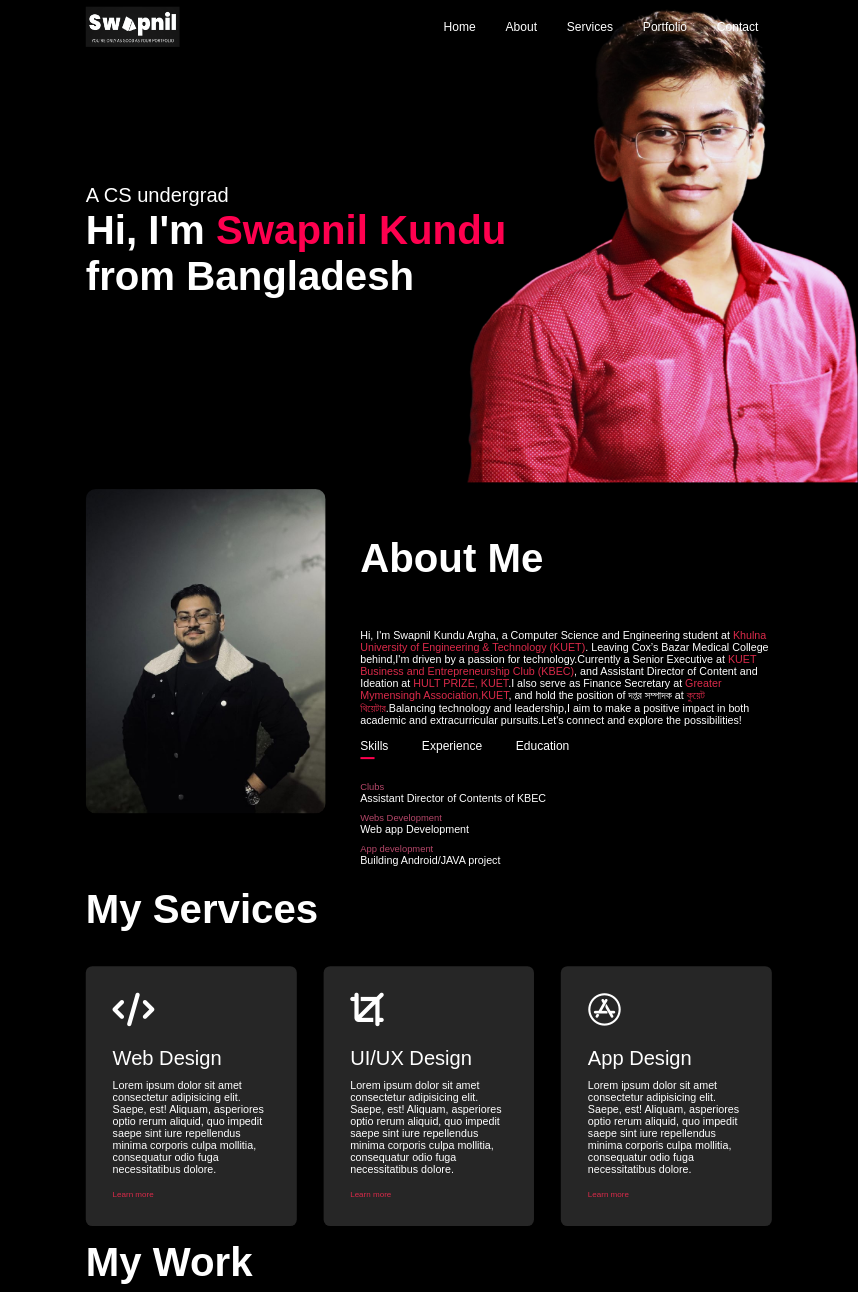
Repository: SwapnilKundu/portfolio
Page: index.html
These files come from the project's save history. The page is drawn as it stood at one moment and after a run of saves; the edit follows.
The browser window is 1280 px wide. The pictures show the whole page, at 67% of full size.
Some web libraries are served in a nearby version.

Above is the page before, as saved 2024-01-20 10:30:13.

### index.html
<!DOCTYPE html>
<html lang="en">
<head>
    <meta charset="UTF-8">
    <meta name="viewport" content="width=device-width, initial-scale=1.0">
    <title>Personal Portfolio Website</title>
    <link rel="stylesheet" href="style.css">
    <script src="https://kit.fontawesome.com/74456a4746.js" crossorigin="anonymous"></script>
</head>
<body>
  <div id="header">
    <div class="container">
        <nav>
            <img src="images/logo1.png" class="logo" width="40" height="60">
            <ul>
                <li><a href ="#">Home</a></li>
                <li><a href ="#">About</a></li>
                <li><a href ="#">Services</a></li>
                <li><a href ="#">Portfolio</a></li>
                <li><a href ="#">Contact</a></li>
            </ul>
        </nav>
        <div class="header-text">
            <p>A CS undergrad </p>
            <h1>Hi, I'm <span>Swapnil Kundu</span> <br> from Bangladesh</h1>
        </div>
    </div>
  </div>





  <div id="about">
    <div class="container">
        <div class="row">
            <div class="about-col-1">
                <img src="images/Aboutme4.jpg" alt="Profile Image">
            </div>
            <div class="about-col-2">
                <h1 class="sub-title"><br>About Me</h1>
                <p>
                    <br><br><br><br>Hi, I'm Swapnil Kundu Argha, a Computer Science and Engineering student at <a href="http://www.kuet.ac.bd/" target="_blank">Khulna University of Engineering & Technology (KUET)</a>. Leaving Cox’s Bazar Medical College behind,I'm driven by a passion for technology.Currently a Senior Executive at <a href="https://www.facebook.com/KBEC.official">KUET Business and Entrepreneurship Club (KBEC)</a>, and Assistant Director of Content and Ideation at <a href="https://scontent.fjsr8-1.fna.fbcdn.net/v/t39.30808-6/414475463_878653704262850_605489790676270348_n.jpg?_nc_cat=106&ccb=1-7&_nc_sid=dd5e9f&_nc_eui2=AeG7qaCzWQGluZMTMKWtrD6ipcnI0dawWuilycjR1rBa6PLkHzdtJERiOyrmRQaxy3TT_q5vz9qIQ5m4l8xfiGP6&_nc_ohc=qg8Pu4EAUVYAX9avaA_&_nc_ht=scontent.fjsr8-1.fna&oh=00_AfBZ6Lqa5248mqS64WxhR3KxGRhN1UCrqkgUgA0V5dsZlw&oe=65AF45DF">HULT PRIZE, KUET</a>.I also serve as Finance Secretary at <a href="#link-to-GMA">Greater Mymensingh Association,KUET</a>, and hold the position of দপ্তর সম্পাদক at <a href="#link-to-theater">কুয়েট থিয়েটার</a>.Balancing technology and leadership,I aim to make a positive impact in both academic and extracurricular pursuits.Let's connect and explore the possibilities!
                </p>

                <div class="tab-titles">
                    <p class="tab-links active" onclick="opentab('skills')">Skills</p>
                    <p class="tab-links" onclick="opentab('experience')">Experience</p>
                    <p class="tab-links"onclick="opentab('education')">Education</p>
            </div>
            <div class="tab-contents active-tab"id ="skills">
                <ul>
                    <li><span>Clubs</span><br>Assistant Director of Contents of KBEC</li>
                    <li><span>Webs Development</span><br>Web app Development</li>
                    <li><span>App development</span><br>Building Android/JAVA project</li>
                </ul>
            </div>
            <div class="tab-contents" id ="experience">
                <ul>
                    <li><span>2022-Current</span><br>An Active member of KBEC</li>
                    <li><span>2023-Semester 2.2</span><br>App Development by JAVA</li>
                    <li><span>2024-Semester 3.1</span><br>Web Development by HTML,CSS,JAVA</li>
                    <li><span>2022-Current</span><br>An Active member of KBEC</li>

                </ul>
            </div>

            <div class="tab-contents" id ="education">
                <ul>
                    <li><span>2018</span><br>SSC from Mymensingh Zilla School,Mymensingh</li>
                        <li><span>2020</span><br>HSC from Ananda Mohan College,Mymensingh</li>
                        <li><span>From March,2022</span><br>Currently studying BSc in CSE department</li>
                </ul>
            </div>
        </div>
    </div>
  </div>




  <div id="Services">
    <div class ="container">
    <h1 class="sub-title">My Services</h1>
    <div class ="services-list">

        <div>
            <i class="fa-solid fa-code"></i>
            <h2>
                Web Design
            </h2>
            <p>Lorem ipsum dolor sit amet consectetur adipisicing elit. Saepe, est! Aliquam, asperiores optio rerum aliquid, quo impedit saepe sint iure repellendus minima corporis culpa mollitia, consequatur odio fuga necessitatibus dolore.

            </p>
            <a href="#">Learn more</a>
        </div>
        <div>
            <i class="fa-solid fa-crop"></i>
            <h2>
                UI/UX Design
            </h2>
            <p>Lorem ipsum dolor sit amet consectetur adipisicing elit. Saepe, est! Aliquam, asperiores optio rerum aliquid, quo impedit saepe sint iure repellendus minima corporis culpa mollitia, consequatur odio fuga necessitatibus dolore.

            </p>
            <a href="#">Learn more</a>
        </div>
        <div>
            <i class="fa-brands fa-app-store"></i>
            <h2>

                App Design
            </h2>
            <p>Lorem ipsum dolor sit amet consectetur adipisicing elit. Saepe, est! Aliquam, asperiores optio rerum aliquid, quo impedit saepe sint iure repellendus minima corporis culpa mollitia, consequatur odio fuga necessitatibus dolore.

            </p>
            <a href="#">Learn more</a>
        </div>
        </div>
    </div>
  </div>




<div id="portfolio">
    <div class="container">
        <h1 class="sub-title">My Work</h1>
    </div>
</div>


  <script>
    var tablinks = document.querySelectorAll(".tab-links");
    var tabcontents = document.querySelectorAll(".tab-contents");

    function opentab(tabname) {
        for (tablink of tablinks) {
            tablink.classList.remove("active-link");
        }

        for (tabcontent of tabcontents) {
            tabcontent.classList.remove("active-tab");
        }

        var activeTab = document.getElementById(tabname);
        activeTab.classList.add("active-tab");

        var activeLink = document.querySelector(`.tab-links[data-tab="${tabname}"]`);
        activeLink.classList.add("active-link");
    }
</script>

</body>
</html>

### style.css
*
{
    margin: 0;
    padding: 0;
    font-family: 'Poppins',sans-serif;
    box-sizing: border-box;
}

body
{
    background: #000;
    color: #fff;
}
#header
{
    width: 100%;
    height: 100vh;
    background-image: url(images/ccc2.png);
    background-size: cover;
    background-position: left;
    background-repeat: no-repeat;
    overflow: hidden;
}
.container
{
padding: 10px 10%;
}
nav{
    display: flex;
    align-items: center;
    justify-content: space-between;
    flex-wrap: wrap;
}
.logo{
    width: 140px;
}

nav ul li{
    display:inline-block;
    list-style: none;
    margin: 10px 20px;

}
nav ul li a{
    color: #fff;
    text-decoration:none ;
    font-size: 18px;
    position: relative;
}

nav ul li a::after
{
    content: '';
    width:0;
    height:3px;
    background:#ff004f;
    position: absolute;
    left: 0;
    bottom: -6px;
    transition: 0.5s;

}
nav ul li a:hover::after
{
    width:100%;
}
.header-text{
    margin-top: 20%;
    font-size: 30px;
}
.header-text h1
{
    font-size:60px;
}
.header-text h1 span
{
    color:#ff004f;
}

#about a {
    color: #db2a4a;
    text-decoration: none;
}

#about a:hover {
    color: #ababab;
}
.row
{
    display: flex;
    justify-content: space-between;
    flex-wrap: wrap;
}

.about-col-1{
    flex-basis:35%;
}
.about-col-1 img
{
    width: 100%;
    border-radius: 15px;
}

.about-col-2
{
    flex-basis: 60%;
}

.sub-title
{
    font-size:60px;
    font-weight:600;
    color:#fff;
}

.tab-titles {
    display: flex;
    margin: 20px 0 40px;
}

.tab-links {
    margin-right: 50px;
    font-size: 18px;
    font-weight: 500;
    cursor: pointer;
    position: relative;
    color: #fff;
    text-decoration: none;
    transition: color 0.5s;
}

.tab-links::after {
    content: '';
    width: 0;
    height: 3px;
    background: #ff004f;
    position: absolute;
    left: 0;
    bottom: -8px;
    transition: 0.5s;
}

.tab-links:hover {
    color: #ff004f; /* Change the color on hover */
}

.tab-links.active::after {
    width: 50%;
}
.tab-contents ul li
{
    list-style:none;
    margin:10px 0;
}
.tab-contents ul li span
{
    color:#b54769;
    font-size: 14px;
}
.tab-contents
{
    display: none;
}
.tab-contents.active-tab
{
    display: block;
}




#services-list
{

    padding :30px 0;
}
.services-list
{
    display:grid;
    grid-template-columns: repeat(auto-fit,minmax(250px, 1fr));
    grid-gap:40px;
    margin-top: 50px;
}
.services-list div{
    background:#262626;
    padding: 40px;
    font: size 13px;
    font-weight: 300;
    border-radius:10px;
    transition: background 0.5s,transform 0.5s;
}
.services-list div i
{
    font-size: 50px;
    margin-bottom: 30px;
}
.services-list div h2
{
    font-size:  30px;
    font-weight: 500;
    margin-bottom:15px;

}
.services-list div a{
    text-decoration: none;
    color:#fff;
    font-size: 12px;
    margin-top: 20px;
    display: inline-block;
}
.services-list div:hover
{
    background:#ff004f;
    transform: translateY(-10px);
}



#portfolio
{

}

After the next 3 saves:
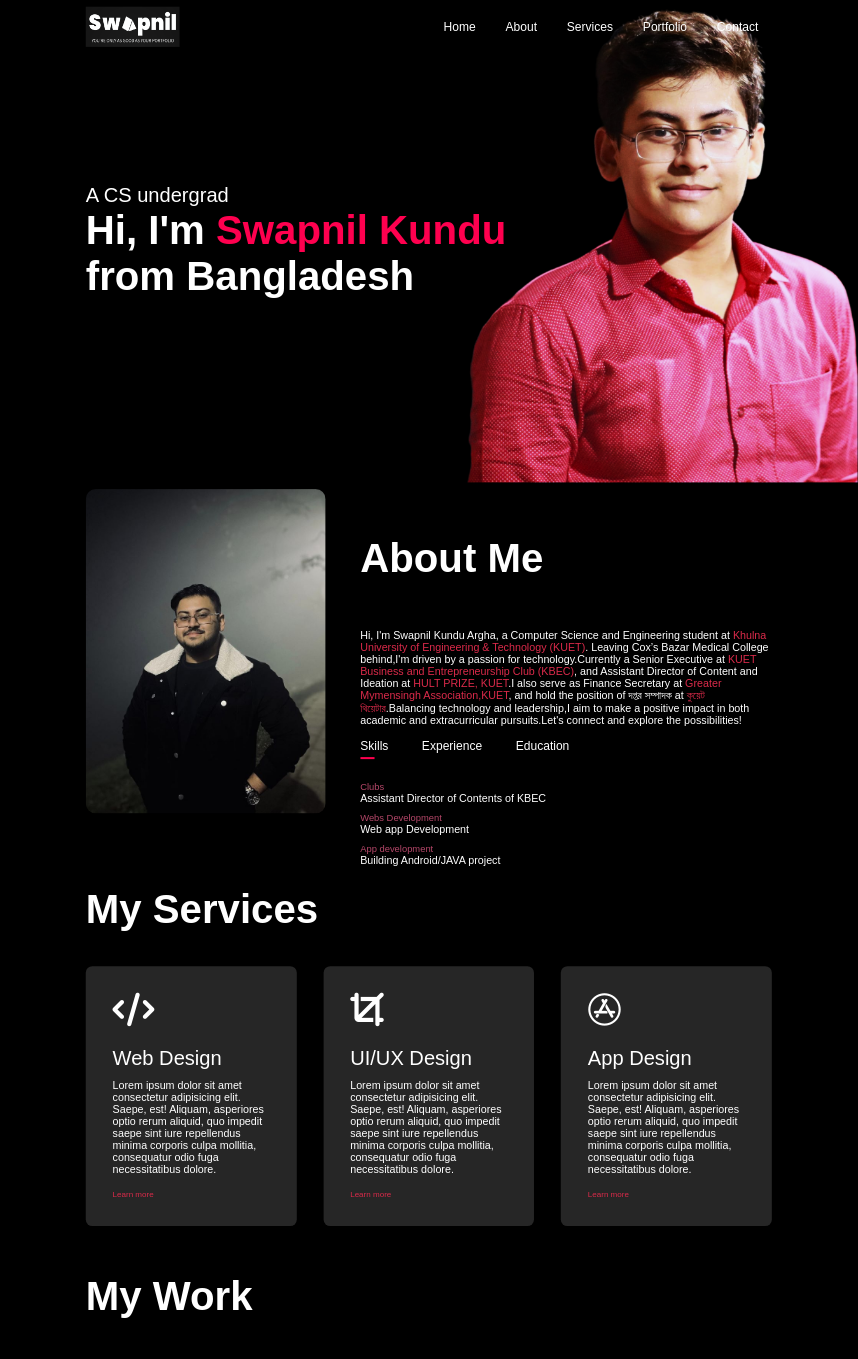
The 3 saves are shown as one change because they came seconds apart.
The last was saved 10 s later.
--- a/style.css
+++ b/style.css
@@ -218,5 +218,5 @@ nav ul li a:hover::after
 
 #portfolio
 {
-
-}
+    padding: 50px 0;
+}
